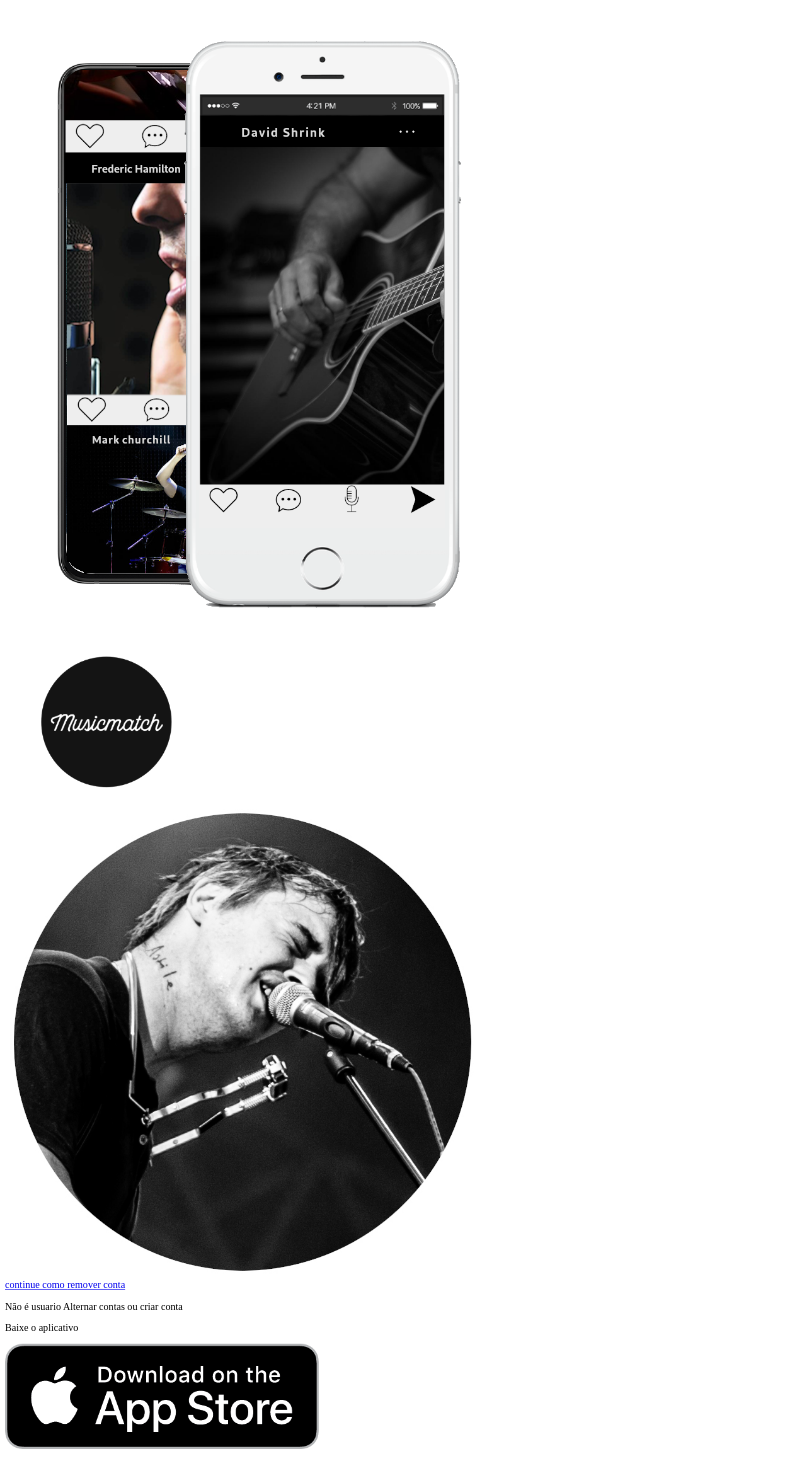
Repository: julianopedraca/matchmusic
Page: index.html
The author's editor kept a copy of each file at every save. The page is drawn from the files as they stood at one save, then again after a run of saves.
The browser window is 1280 px wide. The pictures show the whole page, at 63% of full size.

Above is the page before, as saved 2022-06-09 20:39:55.

### index.html
<!DOCTYPE html>
<html lang="en">

<head>
    <meta charset="UTF-8">
    <meta http-equiv="X-UA-Compatible" content="IE=edge">
    <meta name="viewport" content="width=device-width, initial-scale=1.0">
    <title>Musicamatch</title>
</head>

<body>
    <div class="musicmatch-wrapper">
        <div class="musicmatch-phone">
            <img src="/src/guitarman.png" alt="celular">
        </div>
        <div class="matchmusic-continue">
            <img src="/src/musicmatchlogo.png" alt="logo">
            <div class="profile-photo">
                <img src="/src/music-black-and-white-photography-guitar-concert-singer-99116-pxhere.com.jpg" alt="foto perfil" >
            </div>
            <a href="#" class="musicmatch-login">continue como </a>
            <a href="#" class="misicmatch-logout"> remover conta</a>
        </div>
        <div class="group">
            <p class="not-account">Não é usuario
                <span class="link-blue">Alternar contas</span>
                ou
                <span class="link-blue">criar conta</span>
            </p>
        </div>
        <div class="get-the-app">
            <p class="get-app">Baixe o aplicativo</p>
            <div class="app-store">
                <img src="/src/5a902db97f96951c82922874.png" alt="app store">
        </div>
    </div>
</body>

</html>

After the next 9 saves:
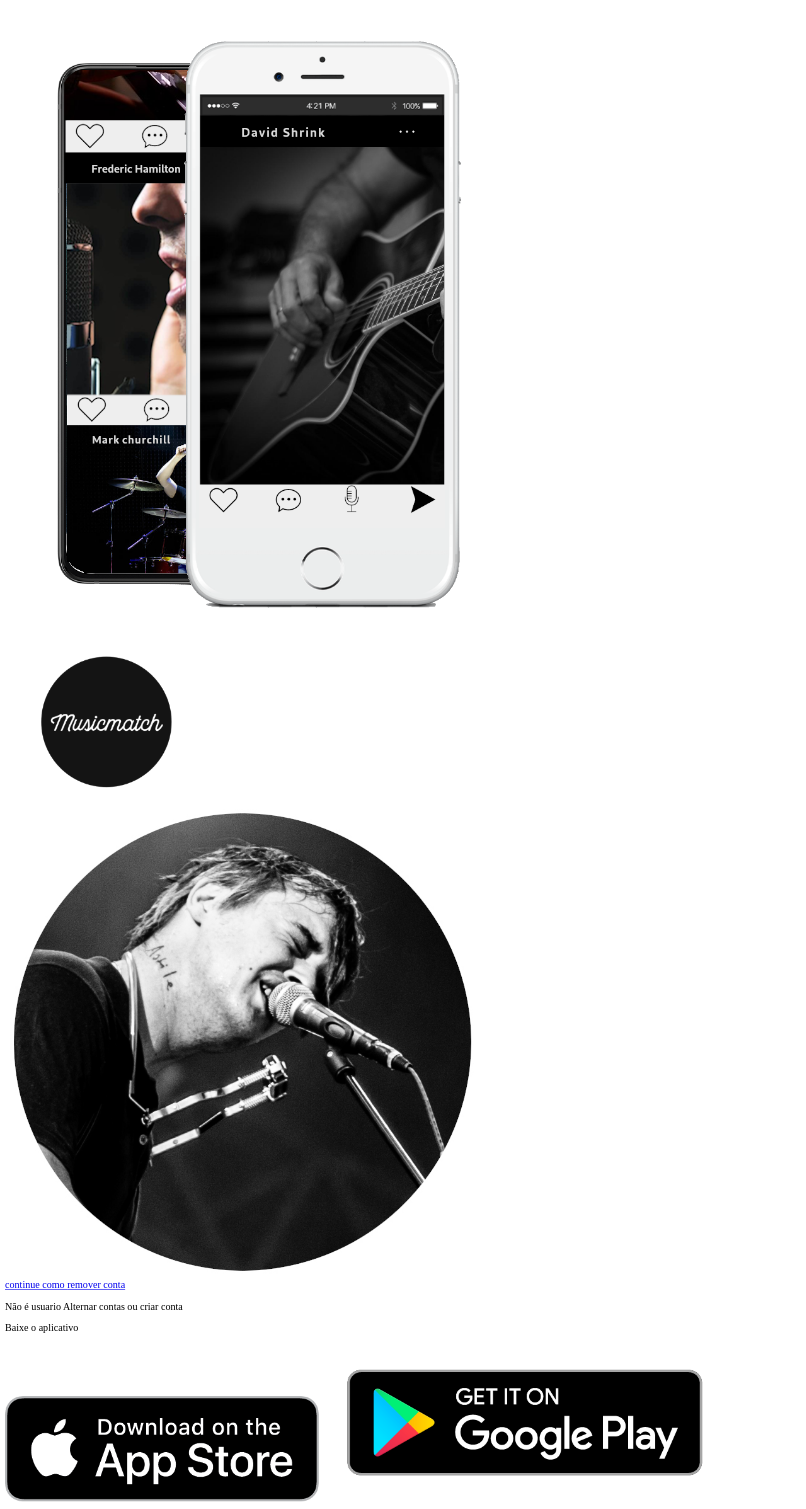
The 9 saves are shown as one change because they came seconds apart.
The last was saved 48 s later.
--- a/index.html
+++ b/index.html
@@ -32,6 +32,7 @@
             <p class="get-app">Baixe o aplicativo</p>
             <div class="app-store">
                 <img src="/src/5a902db97f96951c82922874.png" alt="app store">
+                <img src="/src/5a902dbf7f96951c82922875.png" alt="google play">
         </div>
     </div>
 </body>
